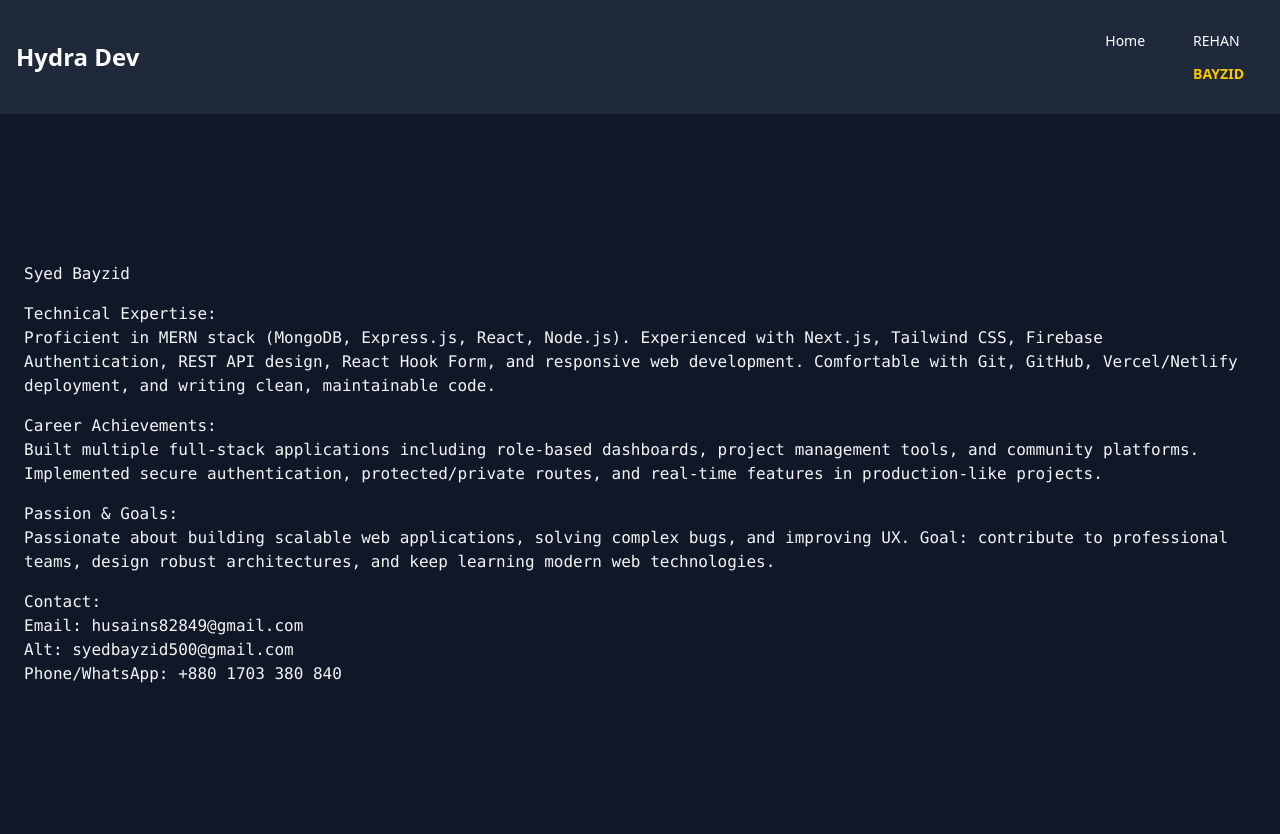
Repository: codeSmith-006/github-collab
Page: /bayzid
The author's editor kept a copy of each file at every save. The page is drawn from the files as they stood at one save, then again after a run of saves.
The browser window is 1280 px wide. The pictures show the whole page.
The project was rebuilt for these pictures with package versions that can differ from the ones it lists, and the page was loaded fresh each time. Also part of the build but not shown: vite.config.js, src/App.jsx, src/Components/Navbar/active.css, src/Page/Home/Home.jsx, src/Page/Rehan/Rehan.jsx.

Above is the page before, as saved 2025-09-10 10:41:38.

After the next 5 saves:
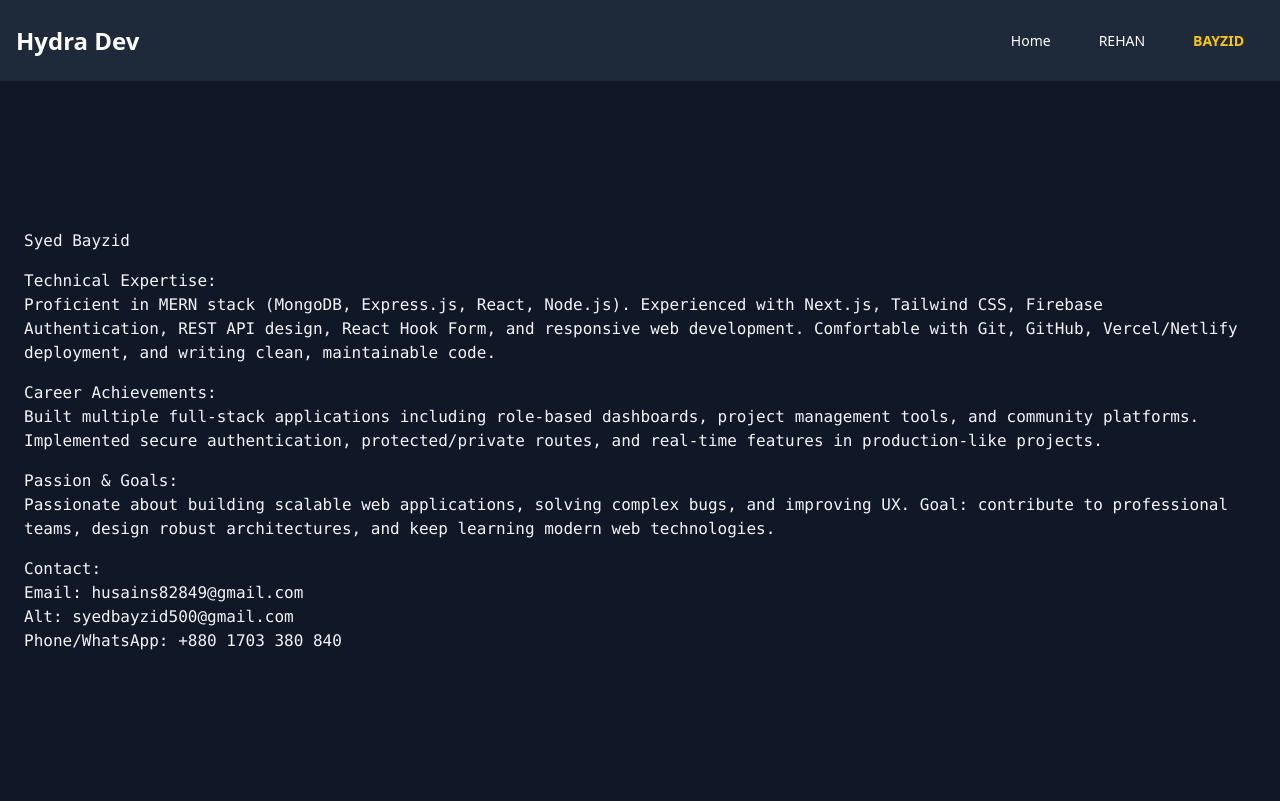
The 5 saves are shown as one change because they came seconds apart.
The last was saved 3 h 23 min later.
--- a/src/Components/Navbar/Navbar.jsx
+++ b/src/Components/Navbar/Navbar.jsx
@@ -31,6 +31,8 @@ export default function Navbar() {
           >
             REHAN
           </NavLink>
+        </li>
+        <li>
           <NavLink
             to="/bayzid"
             className={({ isActive }) =>
